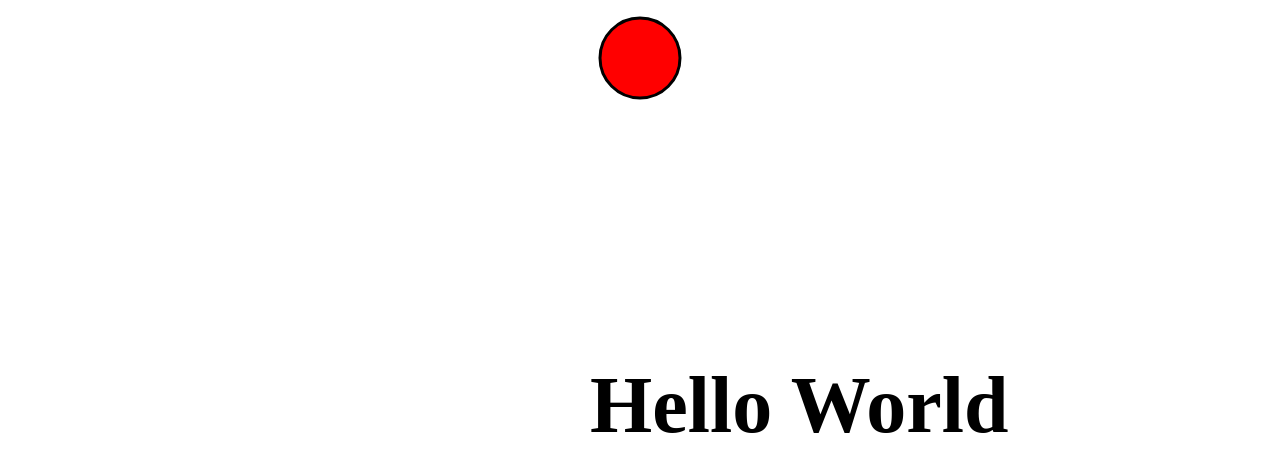
Repository: sarahlochhead/css-demo
Page: index.html
The author's editor kept a copy of each file at every save. The page is drawn from the files as they stood at one save, then again after a run of saves.
The browser window is 1280 px wide. The pictures show the whole page.

Above is the page before, as saved 2023-04-28 12:07:49.

### index.html
<!DOCTYPE html>
<html lang="en">
<head>
    <meta charset="UTF-8">
    <meta http-equiv="X-UA-Compatible" content="IE=edge">
    <meta name="viewport" content="width=device-width, initial-scale=1.0">
    <title>Light It Up Demo</title>
    <link rel="stylesheet" href="styles.css">
</head>
<body>
    <header>
        <h1>Hello World</h1>
    </header>
    <svg class="small" height="100" width="100">
        <circle cx="50" cy="50" r="40" stroke="black" stroke-width="3" fill="red" />
    </svg>





</body>
</html>

### styles.css
@charset "utf-8";

body {
    display: flex;
    justify-content: center;
    align-items: center;
}

h1 {
    position: absolute;
    top: 50%;
    font-size: 5rem;
    margin: 0 auto;
}

svg .small {
    height: 100;
    width: 100;
    cx: 50;
    cy: 50;
    r: 40;
    stroke: black;
    stroke-width: 3;
    fill: red;
}

After the next 2 saves:
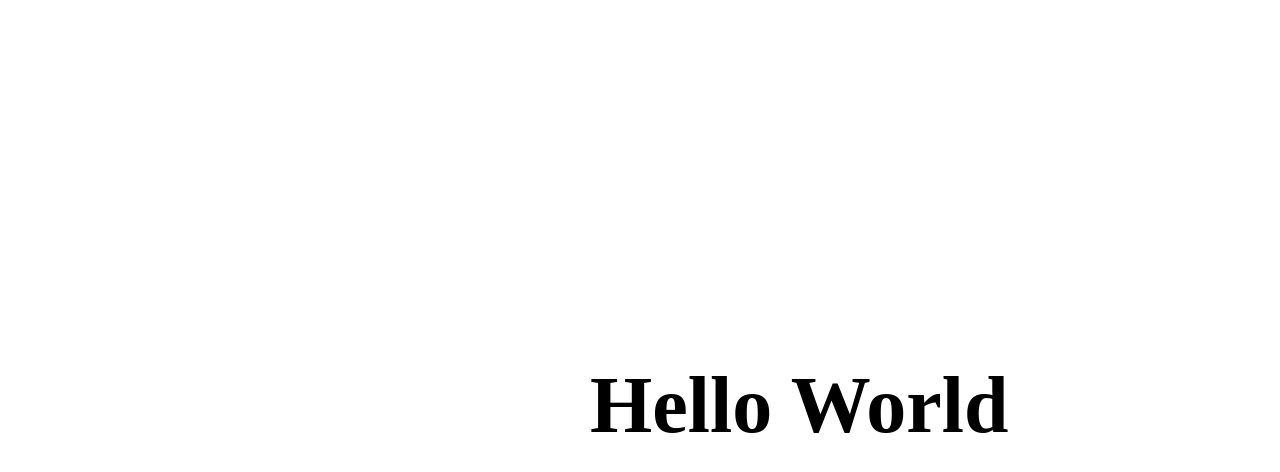
The 2 saves are shown as one change because they came seconds apart.
The last was saved 10 s later.
--- a/index.html
+++ b/index.html
@@ -12,7 +12,7 @@
         <h1>Hello World</h1>
     </header>
     <svg class="small" height="100" width="100">
-        <circle cx="50" cy="50" r="40" stroke="black" stroke-width="3" fill="red" />
+        <circle />
     </svg>
 
 
